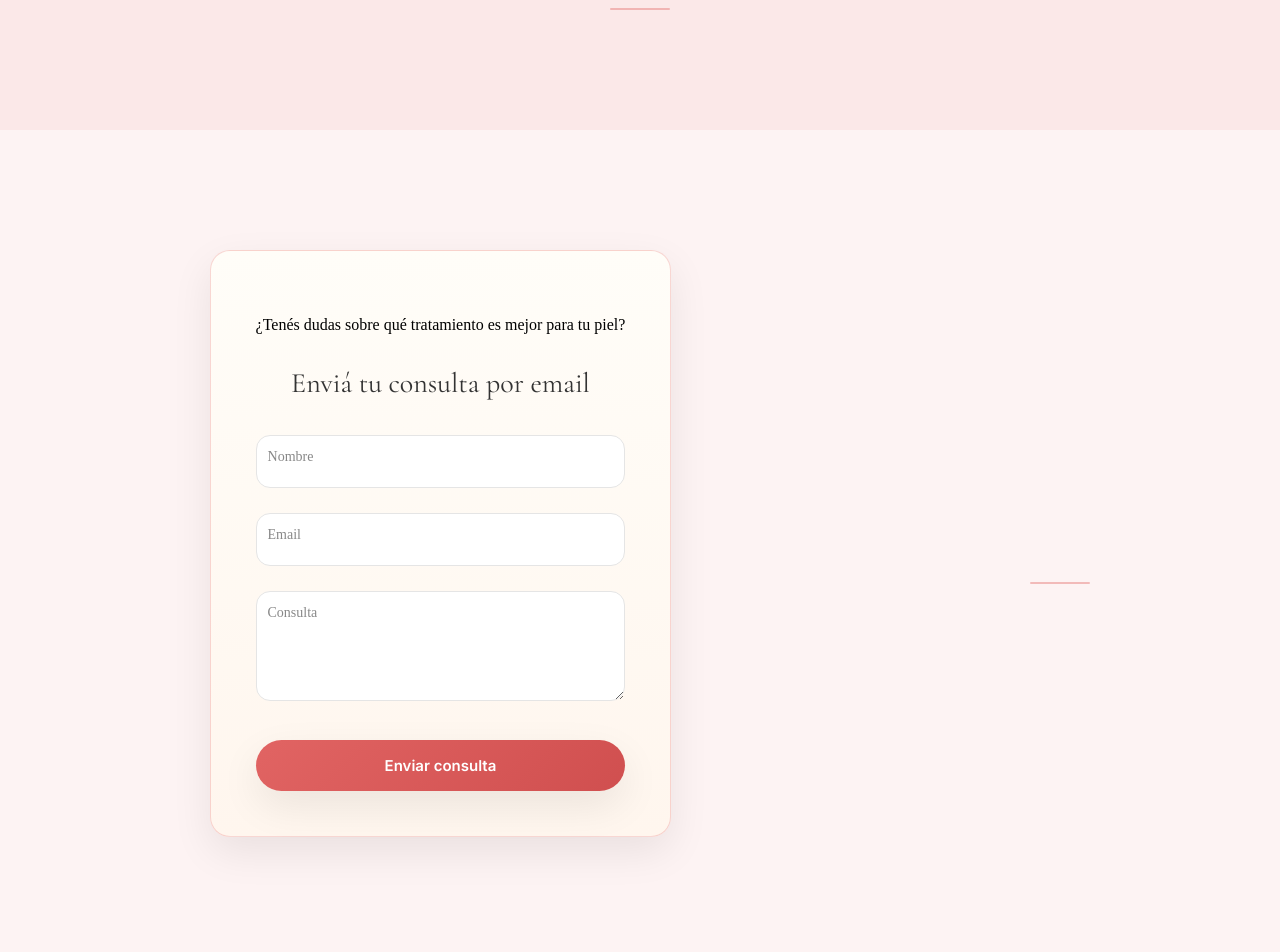
Repository: thiagobal1891-sudo/paginaweb
Page: pages/agenda.html
An editor plug-in stored every save of this project. The page is shown before and after the next save, followed by the edit.
The browser window is 1280 px wide. The pictures show the part of the page from y = 1129 to 2081 px (the page is 2424 px tall before and 2419 px after).
Some web fonts or font styles are not loaded; a fallback is used.

Above is the page before, as saved 2026-03-11 13:22:50.
Console error: ReferenceError: emailjs is not defined

### pages/agenda.html
<!DOCTYPE html>
<html lang="es">

<head>
  <meta charset="UTF-8">
  <meta name="viewport" content="width=device-width, initial-scale=1.0">
  <title>Fabiana Cosmetóloga</title>

  <!-- 🎨 Estilos locales -->
  <link rel="stylesheet" href="../css/style.css">

  <!-- 🪶 Tipografías -->
  <link rel="preconnect" href="https://fonts.googleapis.com">
  <link rel="preconnect" href="https://fonts.gstatic.com" crossorigin>
  <link
    href="https://fonts.googleapis.com/css2?family=Melodrama:wght@400;500;600;700&family=Inter:wght@100..900&family=Poppins:wght@100..900&family=Cormorant+Garamond:wght@300..700&display=swap"
    rel="stylesheet">

  <!-- ⭐ Font Awesome -->
  <link rel="stylesheet" href="https://cdnjs.cloudflare.com/ajax/libs/font-awesome/6.5.0/css/all.min.css"
    crossorigin="anonymous" referrerpolicy="no-referrer" />
</head>

<body>
  <header>
    <div class="container">
      <a href="../index.html" class="logo">
        <img src="../media/logo.png" alt="Logo de la marca">
      </a>
      <nav>
        <a href="servicios.html">SERVICIOS</a>
        <a href="agenda.html">AGENDA</a>
        <a href="info.html">INFO</a>
        <a href="contacto.html">CONTACTO</a>
      </nav>
    </div>
  </header>
<section id="agenda-ya" class="appear">

<div class="section-title">
  <h2>Agenda tu próxima cita</h2>
  <p>Elegí el horario disponible</p>
</div>

<div class="agenda-card">
  <iframe
  src="https://calendar.google.com/calendar/appointments/schedules/AcZssZ2eKdgVxdvbgrkUTVsqOwalHssheLS5kVcqAfOLuK-u68fTKpPQHXKQoJWOc8hcPsaKt-rAaWGU?gv=true"
  width="100%"
  height="600"
  style="border:0">
  </iframe>
</div>

</section>


<section id="consultas">

<div class="container">

<div class="consulta-card">
<p class="consulta-sub">
¿Tenés dudas sobre qué tratamiento es mejor para tu piel?
</p>
<h3>Enviá tu consulta por email</h3>

<form id="consulta-form">

<div class="form-group">
<input type="text" name="user_name" required placeholder=" ">
<label>Nombre</label>
</div>

<div class="form-group">
<input type="email" name="user_email" required placeholder=" ">
<label>Email</label>
</div>

<div class="form-group">
<textarea name="message" rows="4" required placeholder=" "></textarea>
<label>Consulta</label>
</div>

<button type="submit" class="btn-enviar">
Enviar consulta
</button>

</form>

</div>

</div>

</section>


<footer class="footer">
  <div class="footer-container">

    <!-- Marca -->
    <div class="footer-brand">
      <h3>Fabiana Cosmetóloga</h3>
      <p>Cuidado profesional para tu piel</p>
    </div>

    <!-- Links internos -->
    <div class="footer-links">
      <a href="../index.html">Inicio</a>
      <a href="../pages/servicios.html">Servicios</a>
      <a href="../pages/agenda.html">Agenda</a>
      <a href="../pages/info.html">Info</a>
      <a href="../pages/contacto.html">Contacto</a>
    </div>

    <!-- Redes -->
    <div class="footer-social">
      <a href="https://wa.me/59894623252" target="_blank">
        <i class="fa-brands fa-whatsapp"></i>
      </a>
      <a href="https://www.instagram.com/fabicosmetologa" target="_blank">
        <i class="fa-brands fa-instagram"></i>
      </a>
    </div>

  </div>

  <div class="footer-bottom">
    <p>© 2026 Fabiana Cosmetóloga · Todos los derechos reservados</p>
  </div>
</footer>

  <!-- 📧 EmailJS -->
  <script src="https://cdn.jsdelivr.net/npm/emailjs-com@3/dist/email.min.js"></script>

  <!-- 🧠 Archivo JS externo -->
  <script src="../script.js" defer></script>


</body>

</html>

### css/style.css
@charset "UTF-8";

* {
  box-sizing: border-box;
}

html {
  scroll-behavior: smooth;
}


body {
  font-family: "Melodrama", serif;
  margin: 0;
}

@keyframes appear {
  from {
    opacity: 0;
    scale: 0.5;
  }
  to {
    opacity: 1;
    scale: 1;
  }
}
.appear{
opacity:0;
transform:translateY(40px);
transition:all .8s ease;
}

.appear.show{
opacity:1;
transform:translateY(0);
}
h1 {
  font-size: 3rem;
  line-height: 1.1;
}

h2 {
  font-size: 2rem;
  line-height: 1.2;
}

p {
  font-size: 1rem;
  line-height: 1.6;
}

h3 {
  font-size: 0.9em;
  font-family: "Inter", sans-serif;
  font-weight: 400;
  letter-spacing: 1.5px;
  color: #f3c1c1; /* tono más delicado que rojo fuerte */
  text-transform: uppercase;
}

section{
position:relative;
}

section::after{
content:"";
display:block;
width:60px;
height:2px;
background:#E16463;
margin:80px auto 0;
opacity:.4;
border-radius:2px;
}


.info_carta {
  font-size: 0.75em;
  color: #f2f2f2;
  font-family: "Inter", sans-serif;
  line-height: 1;
  margin-bottom: 2px;
  max-width:450px;
}


ul {
  list-style: none;
  padding-left: 0;
  font-size: 0.75em;
  font-family: "Inter", sans-serif;
  color: #ffffff;
}

ul li {
  margin-bottom: 4px;
  line-height: 1.3;
  padding-left: 22px;
  position: relative;
  opacity: 0.95;
  transition: transform 0.3s ease, opacity 0.3s ease;
}


ul li::before {
  content: "✧";
  position: absolute;
  left: 0;
  top: 0;
  color: #f3c1c1;
  font-size: 0.75em;
}


button {
  font-size: 1.5em;
  font-weight: 400;
  padding: 10px 30px;
  border-radius: 10px;
  border: 1.5px solid rgb(84, 84, 84);
  box-shadow: 0 15px 40px rgba(0,0,0,.08);
  color: white;
  background-color: #d86a6a;
  font-family: "Inter", sans-serif;
  transition: all 0.3s ease;
  cursor: pointer;
  font-weight: bold;
}

button:hover {
  background-color: white;
  color: #E16463;
  border-color: white;
}

.container {
  max-width: 1400px;
  margin: auto;
  padding:0 20px;
}
.container > *:not(:last-child){
margin-bottom:40px;
}
header {
  position: fixed;
  width: 100%;
  top: 0;
  left: 0;
  background-color: white;
  z-index: 1000;
  max-height: 120px;
  box-shadow: 0 15px 40px rgba(0,0,0,.08);
}

header .logo {
  display: flex;
  align-items: center;
  justify-content: flex-start;
}

header .logo img {
  width: 140px;
  /* ajusta según tu diseño */
  height: 90px;
  border-radius: 2px;
  margin-bottom: 10px;
}

header .container {
  display: flex;
  flex-direction: column;
  align-items: center;
}

header nav {
  display: flex;
  flex-direction: row;
  /* 🔹 cambia "column" por "row" */
  justify-content: center;
  /* opcional: centra los ítems horizontalmente */
  align-items: center;
  /* opcional: los alinea verticalmente */
  text-align: center;
}

header a {
  padding: 0px 5px;
  text-decoration: none;
  color: rgb(84, 84, 84);
  display: inline-block;
  font-family: "Inter", sans-serif;
  margin: 0 5px;
  font-size:14px;
letter-spacing:1px;
}

header a:hover {
  color:#E16463;
}

#hero {
    display: flex;
    align-items: flex-start;
    justify-content: center;
    text-align: left;
    flex-direction: column;
    min-height: 90vh;
    background-image: linear-gradient(0deg, rgba(0, 0, 0, 0.5),
      rgba(0, 0, 0, 0.5)),
      url("../media/fotopiel-rutina-de-skincare-cuidado-facial.webp");
      background-repeat: no-repeat;
      background-size: cover;
      background-position: center center; }

#hero h1 {
  color: white;
  font-family: "Cormorant Garamond";
  font-weight: 600;
  align-self: flex-start;
  text-align: left;
  padding-left: 50px;
  font-size: 5.5rem;
  max-width:700px;
  animation:heroFade 1.2s ease;
}
@keyframes heroFade{
from{
opacity:0;
transform:translateY(40px);
}
to{
opacity:1;
transform:translateY(0);
}
}
#hero button {
  font-size: 1.75em;
  align-self: flex-start;
  margin-left: 150px;
  margin-top: 25px;
  animation:heroFade 1.6s ease;
}


.section-title{
text-align:center;
margin-bottom:60px;
position:relative;
}

.section-title h2{
font-family:"Cormorant Garamond", serif;
font-size:36px;
font-weight:600;
color:#333;
margin-bottom:10px;
letter-spacing:0.5px;
}

.section-title p{
font-family:"Inter", sans-serif;
font-size:13px;
color:#777;
letter-spacing:1.5px;
text-transform:uppercase;
}

/* línea elegante */
.section-title::after{
content:"";
display:block;
width:60px;
height:2px;
background:#E16463;
margin:20px auto 0;
border-radius:2px;
}
.carousel_infocosmet {
  width: 100%;
  overflow: hidden;
  position: relative;
  background-color:  rgba(225,100,99,.15);
  padding:90px 0;
}
.carousel-track{
display:flex;
transition:transform .9s cubic-bezier(.22,.61,.36,1);
}
.slide{
min-width:100%;
width:100%;
flex-shrink:0;
display:flex;
align-items:flex-start;
justify-content:center;
gap:40px;
position:relative;
  opacity:1;
  transform:scale(1);
  transition:all .5s ease;
}
.slide.active{
opacity:1;
transform:scale(1);
}
.slide:hover img{
transform:scale(1.04);
}
.slide:hover .img-wrapper{
box-shadow:0 15px 40px rgba(0,0,0,.08);
}
.img-wrapper{
position:relative;
width:100%;
max-width:520px;
height:320px;
overflow:hidden;
border-radius:12px;
margin:0 auto;
display: block;
box-shadow:0 15px 40px rgba(0,0,0,.08);
transition:all .4s ease;
}

.img-wrapper .badge{
position:absolute;
left:12px;

display:inline-block;

background:rgba(0,0,0,0.55);
backdrop-filter:blur(4px);

color:white;
font-family:"Inter", sans-serif;
font-size:11px;
letter-spacing:1.5px;

padding:6px 14px;
border-radius:20px;

white-space:nowrap;

z-index:5;

box-shadow:0 15px 40px rgba(0,0,0,.08);
border:1px solid rgba(255,255,255,0.15);
}
.img-wrapper img {
width:100%;
height:100%;
object-fit:cover;
display: block;
transition:transform .6s ease, filter .6s ease;
}

.img-wrapper:hover{
transform:translateY(-4px);
box-shadow:0 15px 40px rgba(0,0,0,.08);
}
.badge.top{
top:12px;
}

.badge.bottom{
bottom:12px;
}
#infocosmet .img-wrapper{
position:relative;
overflow:hidden;
}

#infocosmet .badge{
position:absolute;
left:12px;
background:rgba(0,0,0,.55);
backdrop-filter:blur(4px);
color:white;
font-family:"Inter",sans-serif;
font-size:11px;
letter-spacing:1.5px;
padding:6px 14px;
border-radius:20px;
white-space:nowrap;
z-index:20;
}

#infocosmet .badge.top{
top:12px;
}

#infocosmet .badge.bottom{
bottom:12px;
}


#Tratamientos .container{
  background: linear-gradient(180deg, #fffdf8, #fff6ee);
  box-shadow: 0 15px 40px rgba(0,0,0,.08);
}




.carousel-wrapper{
overflow:hidden;
max-width:1200px;
margin:0 auto;
position:relative;
}

/* TRACK */
.carta-tratamientos{
display:flex;
gap:30px;
overflow-x:auto;
scroll-snap-type:x mandatory;
scroll-behavior:smooth;
padding:10px;
}

/* ocultar scrollbar */
.carta-tratamientos::-webkit-scrollbar{
display:none;
}

/* CARTAS */
.carta{
flex:0 0 100%;
scroll-snap-align:center;
height:520px;
border-radius:12px;
background:white;
padding:40px;
background-size:cover;
background-position:center;
position:relative;
overflow: hidden;
}

.carta::before{
content:"";
position:absolute;
top:0;
left:0;
width:100%;
height:3px;
background:#E16463;
transform:scaleX(0);
transform-origin:left;
transition:transform 0.3s ease;
}

.carta:hover::before{
transform:scaleX(1);
}
/* Asegura que el contenido quede arriba */
.carta > * {
  position: relative;
  z-index: 2;
}
.carta h3{
margin-bottom:10px;
}

.carta p{
margin-bottom:10px;
}

.carta ul{
margin-top:10px;
}

.carta:hover::after{
left:100%;
}



.carta:hover ul li {
  transform: translateX(4px);
  opacity: 1;
}
.carta:hover h3{
color:#E16463;
}
.carta,
.agenda-card,
.consulta-card{
transition:all .35s ease;
}

.carta:hover,
.agenda-card:hover,
.consulta-card:hover{
transform:translateY(-6px);
box-shadow:0 20px 50px rgba(0,0,0,.12);
}
/* FLECHAS */
.arrow {
  all: unset;              /* 🔥 reset total del botón */
  position: absolute;
  top: 50%;
  transform: translateY(-50%);
  z-index: 999;
  width: 40px;
  height: 40px;
  border-radius: 50%;
  background: rgba(0,0,0,0.6);
  color: white;
  display: flex;
  align-items: center;
  justify-content: center;
  cursor: pointer;
}


.arrow.left {
  left: 15px;
}

.arrow.right {
  right: 15px;
}


.carta:first-child {
  background-image: linear-gradient(0deg, rgba(0, 0, 0, 0.5), rgba(0, 0, 0, 0.5)), url("../media/Tratamientos-3.jpg");
}

.carta:nth-child(2) {
  background-image: linear-gradient(0deg, rgba(0, 0, 0, 0.5), rgba(0, 0, 0, 0.5)), url("../media/Tratamientos-2.jpg");
}

.carta:nth-child(3) {
  background-image: linear-gradient(0deg, rgba(0, 0, 0, 0.5), rgba(0, 0, 0, 0.5)), url("../media/Tratamientos-1.jpg");
}

.carta:nth-child(4) {
  background-image: linear-gradient(0deg, rgba(0, 0, 0, 0.5), rgba(0, 0, 0, 0.5)), url("../media/Tratamientos-1.jpg");
}

.carta:nth-child(5) {
  background-image: linear-gradient(0deg, rgba(0, 0, 0, 0.5), rgba(0, 0, 0, 0.5)), url("../media/Tratamientos-2.jpg");
}

.carta:nth-child(6) {
  background-image: linear-gradient(0deg, rgba(0, 0, 0, 0.5), rgba(0, 0, 0, 0.5)), url("../media/Tratamientos-1.jpg");
}

.carta:nth-child(7) {
  background-image: linear-gradient(0deg, rgba(0, 0, 0, 0.5), rgba(0, 0, 0, 0.5)), url("../media/Tratamientos-1.jpg");
}

#caracteristicas {
  background: #fff9ec;
  padding: 180px 20px;
}

#caracteristicas .container {
  display: flex;
  justify-content: center;
}

#caracteristicas .contact-card {
  width: 100%;
  max-width: 700px;
  background: #fffdf8;
  border: 2px solid #E16463;
  border-radius: 30px;
  padding: 40px 50px;
  text-align: center;
  box-shadow: 0 15px 40px rgba(0,0,0,.08);
}


/* Títulos */
#caracteristicas .contact-card {
  background: linear-gradient(180deg, #fffdf8, #fff6ee);
  border: 2px solid rgba(225,100,99,.6);
  box-shadow: 0 15px 40px rgba(0,0,0,.08);
}


#caracteristicas .contact-card h3 {
  font-weight: normal;
  font-style: italic;
  margin-bottom: 40px;
  color: #E16463;
}

/* Items */
#caracteristicas .contact-item {
  display: flex;
  align-items: center;
  gap: 20px;
  text-align: left;
}

#caracteristicas .contact-item i {
  font-size: 28px;
  color: #E16463;
}

/* Textos */
#caracteristicas .label {
  display: block;
  font-size: 14px;
  opacity: 0.7;
}

#caracteristicas .valor {
  font-size: 18px;
  font-weight: 600;
  color: #E16463;
  text-decoration: none;
}

/* Separadores */
#caracteristicas .contact-card hr {
  border: none;
  border-top: 1px solid #E16463;
  margin: 25px 0;
}

#agenda-ya{
padding:120px 20px;
background:rgba(225,100,99,.15);
}

.agenda-card{
max-width:900px;
margin:auto;
background:white;
padding:30px;
border-radius:20px;
box-shadow:0 15px 40px rgba(0,0,0,.08);
border:1px solid rgba(225,100,99,.2);
}

/* contenedor elegante del calendario */
#agenda-ya iframe{
max-width:900px;
width:100%;
height:650px;
border-radius:20px;
background:white;
box-shadow:0 15px 40px rgba(0,0,0,.08);
border:1px solid rgba(225,100,99,.2);
padding:10px;
}

.contact-item a {
  position: relative;
  text-decoration: none;
  color: #E16463; /* color de marca */
  font-weight: 500;
}


.contact-item a::after {
  content: "";
  position: absolute;
  left: 0;
  bottom: -3px;
  width: 0;
  height: 1px;
  background-color: #E16463;
  transition: width 0.3s ease;
}

.contact-item a:hover::after {
  width: 100%;
}

.link-icon {
  font-size: 0.15em;   /* más pequeño */
  margin-left: 4px;
  opacity: 0.6;       /* más sutil */
  transition: all 0.3s ease;
}
.contact-item a:hover .link-icon {
  opacity: 1;
  transform: translateY(-1px);
}


#consultas{
padding:120px 20px;
background:rgba(225,100,99,.08);
display:flex;
justify-content:center;
align-items:center;
}
.consulta-card{
background:linear-gradient(180deg,#fffdf8,#fff6ee);
padding:45px;
border-radius:20px;
box-shadow:0 15px 40px rgba(0,0,0,.08);
width:100%;
max-width:600px;
border:1px solid rgba(225,100,99,.25);
margin:auto;
}
.consulta-card form{
margin-top:10px;
}
.consulta-card h3{
margin-bottom:35px;
text-align:center;
font-family:"Cormorant Garamond", serif;
font-size:28px;
color:#333;
letter-spacing:0;
text-transform:none;
}

/* INPUTS MODERNOS */
.form-group {
  position: relative;
  margin-bottom: 25px;
}
.form-group input,
.form-group textarea{
width:100%;
padding:16px 14px;
border-radius:14px;
border:1px solid #e5e5e5;
font-size:15px;
font-family:"Inter", sans-serif;
outline:none;
transition:all .3s ease;
background:#fff;
}

.form-group input:focus,
.form-group textarea:focus{
border-color:#E16463;
box-shadow:0 0 0 3px rgba(225,100,99,.15);
}
/* LABEL flotante */
.form-group label {
  position: absolute;
  left: 12px;
  top: 14px;
  font-size: 14px;
  color: #888;
  transition: 0.3s ease;
  pointer-events: none;
}

.form-group input:focus + label,
.form-group input:not(:placeholder-shown) + label,
.form-group textarea:focus + label,
.form-group textarea:not(:placeholder-shown) + label {
  top: -8px;
  left: 10px;
  font-size: 12px;
  background: white;
  padding: 0 5px;
  color: #E16463;
}

.btn-enviar{
width:100%;
padding:16px;
border-radius:30px;
border:none;
background:linear-gradient(135deg,#E16463,#d04f4f);
color:white;
font-weight:600;
font-size:15px;
cursor:pointer;
transition:all .3s ease;
margin-top:10px;
}

.btn-enviar:hover{
transform:translateY(-2px);
box-shadow:0 15px 40px rgba(0,0,0,.08);
}

.sobre-nosotros {
  padding: 140px 10%;
  background-color: #f3f3f3;
}

.sobre-nosotros h2 {
  text-align: center;
  font-size: 2.2rem;
  color: #E16463;
  margin-bottom: 60px;
  font-weight: bold;
  margin-top: 100px;
}

.sobre-container {
  display: flex;
  align-items: center;
  justify-content: space-between;
  gap: 60px;
  flex-direction: column;
}

.sobre-texto {
  flex: 1;
  text-align: center;
  font-family: "Cormorant Garamond", serif;
  font-size: 28px;
}

.sobre-texto p {
  font-size: 1.8rem;
  line-height: 1.5;
  margin-bottom: 40px;
}

.link-servicios {
  display: block;
  margin-bottom: 20px;
  font-size: 1rem;
}

.btn-vermas {
  display: inline-flex;
  align-items: center;
  justify-content: center;
  padding: 12px 28px;
  border-radius: 6px;
  font-size: 1rem;
  cursor: pointer;
  font-style: italic;


  background-color: #E16463;   /* 🔥 faltaba esto */
  color: white;                /* 🔥 y esto */
  text-decoration: none;       /* 🔥 importante en <a> */
  border: 1.5px solid #E16463;
  transition: all 0.3s ease;
}

.btn-vermas:hover {
  background-color: white;
  color: #E16463;
}

.sobre-img {
  flex: 1;
}

.sobre-img img {
  width: 100%;
  height: auto;
  display: block;
}

.whatsapp-float{
position:fixed;
bottom:25px;
right:25px;
width:60px;
height:60px;
background:#25D366;
color:white;
border-radius:50%;
display:flex;
align-items:center;
justify-content:center;
font-size:30px;
box-shadow:0 15px 40px rgba(0,0,0,.08);
z-index:1000;
transition:all .3s ease;
}

.whatsapp-float:hover{
transform:scale(1.1);
}

.footer {
  background: #111;
  color: #fff;
  padding: 50px 20px 25px;
}

.footer-container {
  display: flex;
  flex-direction: column;
  align-items: center;
  gap: 35px;
  text-align: center;
}

/* Marca */
.footer-brand h3 {
  font-size: 20px;
  margin-bottom: 8px;
}

.footer-brand p {
  font-size: 14px;
  opacity: 0.7;
}

/* Links */
.footer-links {
  display: flex;
  flex-direction: column;
  gap: 15px;
}

.footer-links a {
  text-decoration: none;
  color: #fff;
  font-size: 15px;
  transition: 0.3s;
}

.footer-links a:active {
  color: #E16463;
}

/* Redes */
.footer-social {
  display: flex;
  gap: 30px;
  margin-top: 10px;
}

.footer-social a {
  font-size: 28px;
  color: #fff;
  transition: 0.3s;
}

.footer-social a:active {
  transform: scale(0.9);
  color: #E16463;
}

/* Línea inferior */
.footer-bottom {
  margin-top: 40px;
  padding-top: 20px;
  border-top: 1px solid rgba(255,255,255,0.15);
  font-size: 13px;
  opacity: 0.6;
}

@media (max-width:480px){

.img-wrapper{
height:240px;
}

}

@media (min-width: 768px){

#hero {
  align-items: center;
  text-align: center;
  padding: 0 10%;
}

#hero h1 {
  padding-left: 0;
  align-self: center;
}

#hero button {
  margin-left: 0;
  align-self: center;
}

header .container {
  flex-direction: row;
  justify-content: space-between;
  align-items: center;
  padding: 0 40px;
}

header nav {
  gap: 25px;
}

.slide {
  flex-direction: row;
  justify-content: center;
  gap: 40px;
}
.slide::after{
content:"";
position:absolute;
top:50%;
left:50%;
transform:translate(-50%,-50%);
width:1px;
height:70%;
background:linear-gradient(
to bottom,
transparent,
rgba(225,100,99,0.4),
transparent
);
pointer-events:none;
}

.slide img{
max-width:450px;
height:260px;
}

/* 🔥 CARRUSEL TRATAMIENTOS (ARREGLADO) */
.carta-tratamientos{
  display:flex;
  gap:30px;
}

.carta{
  flex:0 0 calc((100% - 30px) / 2);
  height:520px;
  border-radius:20px;
}

.sobre-container {
  flex-direction: row;
  align-items: center;
  text-align: left;
}

.sobre-texto {
  text-align: left;
}

.sobre-texto p {
  font-size: 1.5rem;
}

#caracteristicas {
  padding: 120px 20px;
}

.footer-container {
  flex-direction: row;
  justify-content: space-between;
  align-items: flex-start;
  text-align: left;
  max-width: 1200px;
  margin: auto;
}

}


@media (min-width: 1024px) {
  #hero {
  align-items: center;
  text-align: center;
  padding: 0 10%;
}

#hero h1 {
  font-size: 4.5em;
  padding-left: 0;
  align-self: center;
}

#hero button {
  margin-left: 0;
  align-self: center;
}
header .container {
  flex-direction: row;
  justify-content: space-between;
  align-items: center;
  padding: 0 40px;
}

header nav {
  gap: 25px;
}


.slide {
  display: flex;
  flex-direction: row;
  justify-content: center;
  gap: 40px;
}

/* Contenedor de cada imagen */
.img-wrapper {
  width: 450px;
  height: 260px;
  overflow: hidden;
  border-radius: 15px;
}

/* Imagen */
.img-wrapper img {
  width:100%;
  height:100%;
  object-fit:cover;
  display: block;
}

#Tratamientos {
  padding:120px 10%;
  background-color: rgba(225,100,99,.15);
}
#Tratamientos .container {
  background: linear-gradient(180deg, #fffdf8, #fff6ee);
  padding: 80px 0;
}


/* WRAPPER GENERAL */
.carousel-wrapper {
  overflow: hidden;
  max-width:1200px;
  margin:0 auto;
}

/* CONTENEDOR DE TODAS LAS CARTAS */
.carta-tratamientos{
display:flex;
gap:30px;
transition: transform 0.5s ease;
}

.carta{
flex:0 0 calc((100% - 30px) / 2);
min-height:520px;
height:auto;
border-radius:20px;
padding:50px 60px;
}




.arrow {
  all: unset;
  position: absolute;
  top: 50%;
  transform: translateY(-50%);
  z-index: 5;
  width: 40px;
  height: 40px;
  border-radius: 50%;
  color: white;
  display: flex;
  align-items: center;
  justify-content: center;
  cursor: pointer;
  background-color: rgba(225,100,99,.08);
}

.arrow.left {
  left: 10px;
}

.arrow.right {
  right: 10px;
}

.section-title h2{
font-size:42px;
}

.section-title{
margin-bottom:80px;
}

.sobre-container {
  flex-direction: row;
  align-items: center;
  text-align: left;
}

.sobre-texto {
  text-align: left;
}

.sobre-texto p {
  font-size: 1.5rem;
}
#caracteristicas {
  padding: 120px 20px;
}
#agenda-ya{
padding:120px 20px;
}
.footer-container {
  flex-direction: row;
  justify-content: space-between;
  align-items: flex-start;
  text-align: left;
  max-width: 1200px;
  margin: auto;
}


}

Loaded but not shown: script.js (122 lines, source omitted)

After the next save:
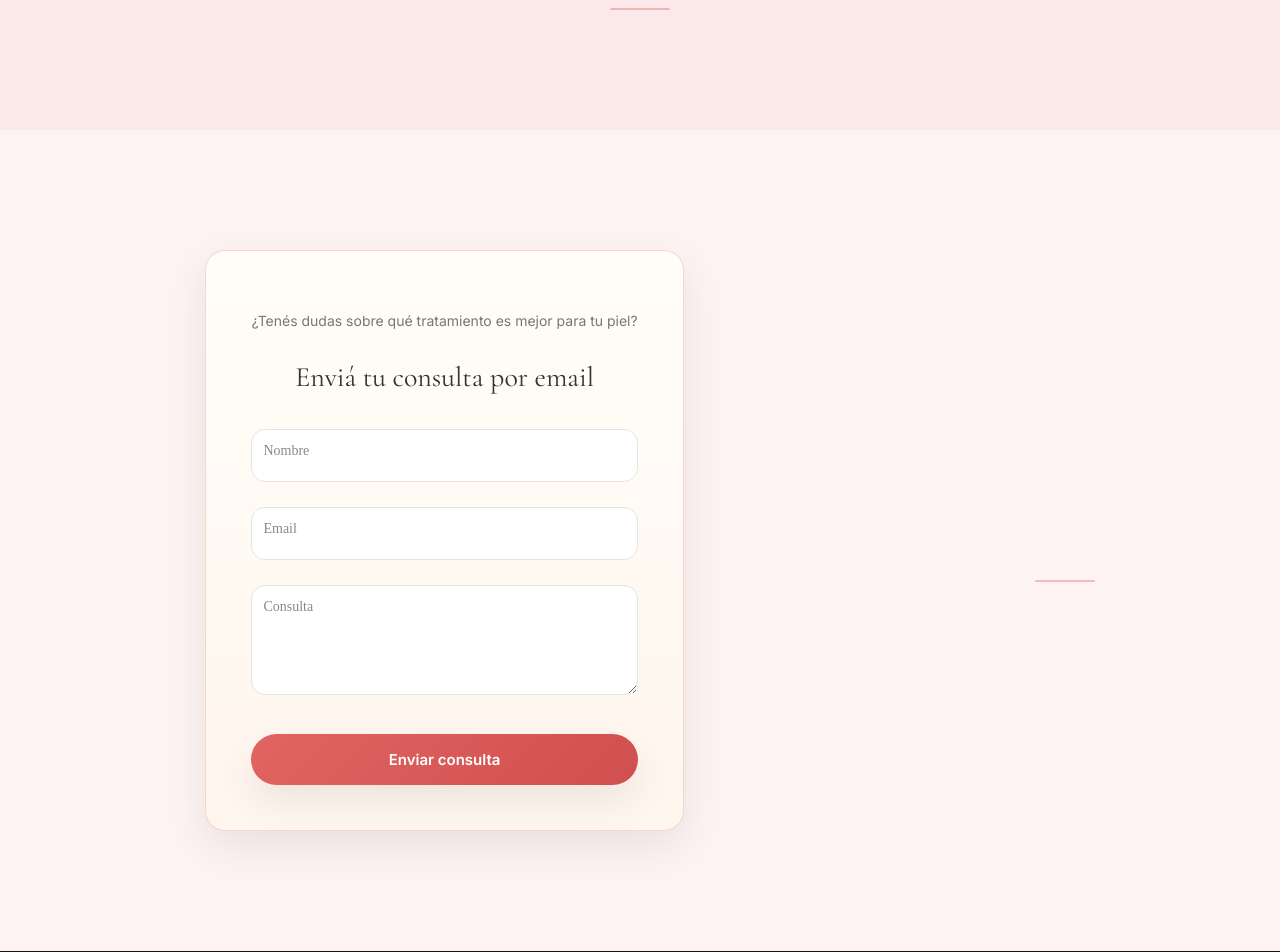
Saved 12 s later.
--- a/css/style.css
+++ b/css/style.css
@@ -701,6 +701,13 @@ width:100%;
 max-width:600px;
 border:1px solid rgba(225,100,99,.25);
 margin:auto;
+}
+.consulta-sub{
+text-align:center;
+font-family:"Inter", sans-serif;
+font-size:14px;
+color:#777;
+margin-bottom:25px;
 }
 .consulta-card form{
 margin-top:10px;
